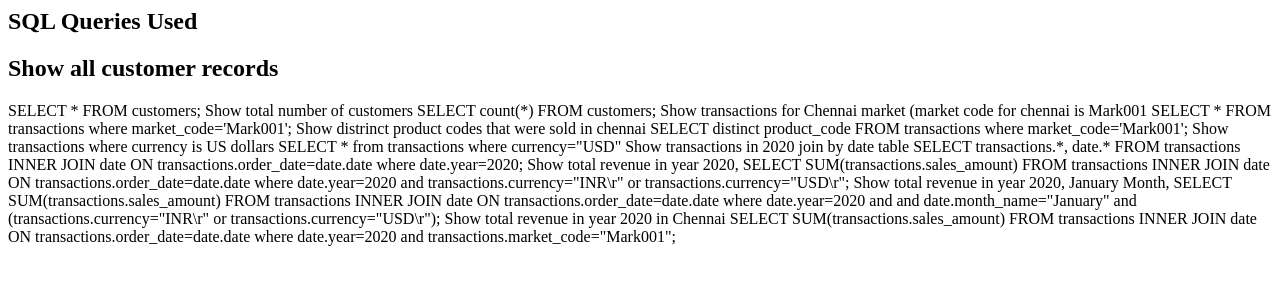
Repository: IslamInjila/new_portfolio
Page: images/salesInsight_bi.html
These files come from the project's save history. The page is drawn as it stood at one moment and after the next save; the edit follows.
The browser window is 1280 px wide. The pictures show the whole page.

Above is the page before, as saved 2021-06-02 15:38:12.

After the next save:
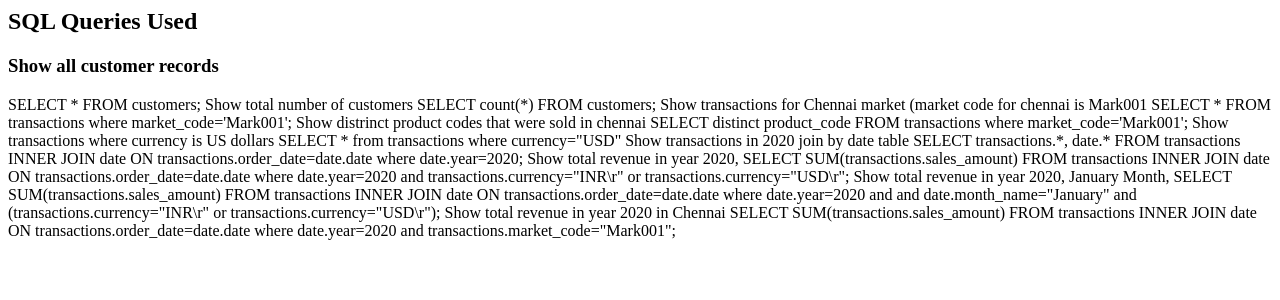
Saved 13 s later.
--- a/images/salesInsight_bi.html
+++ b/images/salesInsight_bi.html
@@ -5,7 +5,7 @@
 <h2>SQL Queries Used</h2>
 
 
-<h2>Show all customer records</h2>
+<h3>Show all customer records</h3>
 
 SELECT * FROM customers;
 
